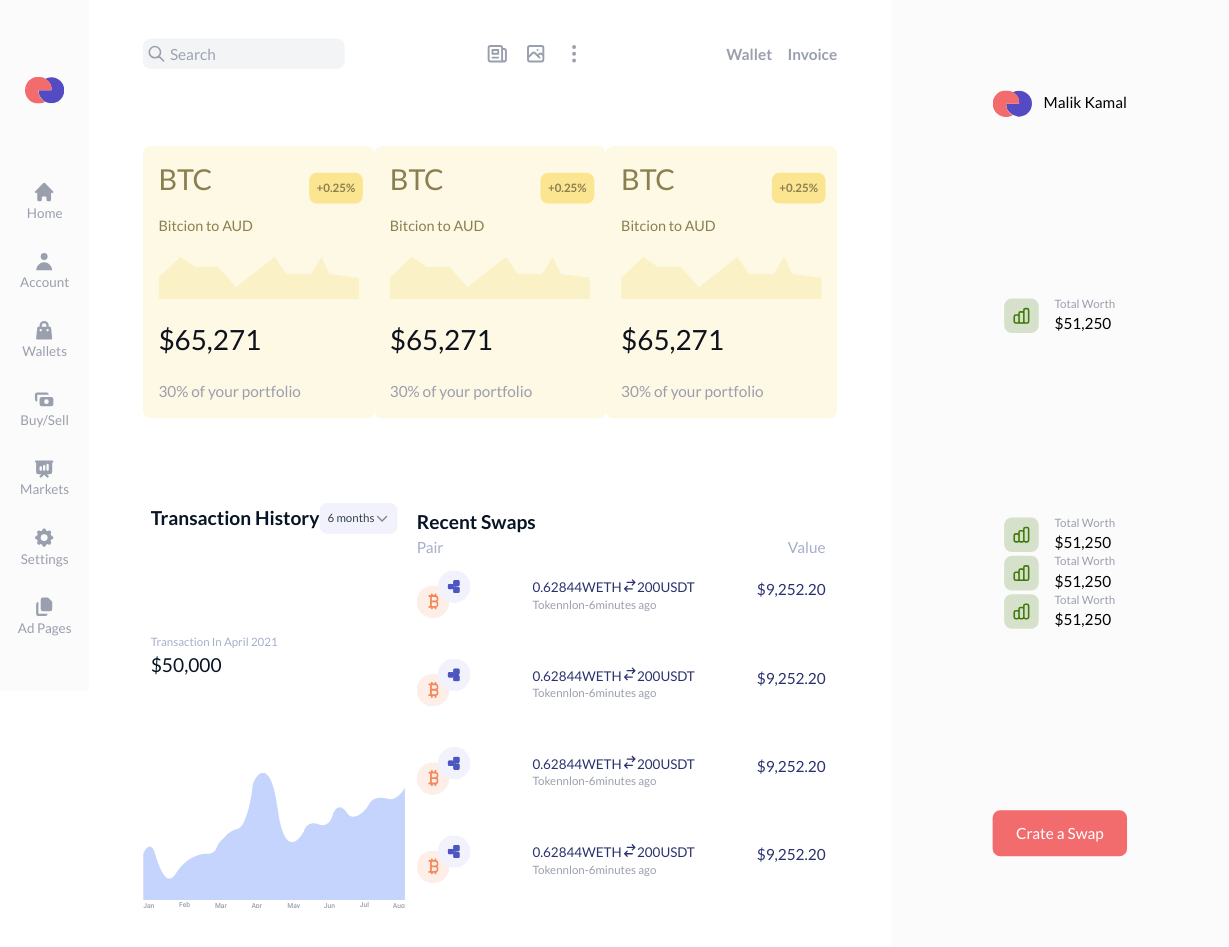
Repository: almaqdad55/crypto-app-nextjs
Page: /
The author's editor kept a copy of each file at every save. The page is drawn from the files as they stood at one save, then again after a run of saves.
The browser window is 1280 px wide. The pictures show the whole page, at 96% of full size.
The project was rebuilt for these pictures with package versions that can differ from the ones it lists, and the page was loaded fresh each time. The framework's server and built-in components were replaced by stand-ins that run in the browser.

Above is the page before, as saved 2022-01-04 22:38:24.

### pages/index.js
import Head from 'next/head';
import Sidebar from '../components/Sidebar';
import Feed from '../components/Feed';
import Widget from '../components/Widget';

export default function Home() {
  return (
    <div className="">
      <Head>
        <title>Crypto Trade</title>
        <link rel="icon" href="/logo.svg" />
      </Head>

      <main className="flex">
        <Sidebar />
        <Feed />
        <Widget />
      </main>
    </div>
  );
}

### styles/globals.css
@import url('https://fonts.googleapis.com/css2?family=Lato:wght@300;400;700&display=swap');

@tailwind base;
@tailwind components;
@tailwind utilities;

@layer base {
  body {
    @apply bg-white font-Lato;
  }
}

@layer components {
  .icon-group {
    @apply flex flex-col  items-center text-sm cursor-pointer text-[#9A9FAD] hover:text-[#544AC3] transition duration-200;
  }
}

### components/Sidebar.jsx
import {
  HomeIcon,
  UserIcon,
  CashIcon,
  ShoppingBagIcon,
  PresentationChartBarIcon,
  CogIcon,
  DocumentDuplicateIcon,
} from '@heroicons/react/solid';

const Sidebar = () => {
  return (
    <div className="flex flex-col items-center  h-screen w-[142px]  bg-[#fbfbfb] ">
      <div className="mt-20">
        <img src="/logo.svg" alt="" />
      </div>
      <div className="mb-40 mt-20 flex flex-col space-y-7">
        <div className="icon-group group">
          <HomeIcon className="h-6 " />
          <span className="">Home</span>
        </div>
        <div className="icon-group group">
          <UserIcon className="h-6 " />
          <span className="">Account</span>
        </div>
        <div className="icon-group group">
          <ShoppingBagIcon className="h-6 " />
          <span className="">Wallets</span>
        </div>
        <div className="icon-group group ">
          <CashIcon className="h-6 " />
          <span className="">Buy/Sell</span>
        </div>
        <div className="icon-group group">
          <PresentationChartBarIcon className="h-6 " />
          <span className="">Markets</span>
        </div>
        <div className="icon-group group">
          <CogIcon className="h-6 " />
          <span className="">Settings</span>
        </div>
        <div className="icon-group group">
          <DocumentDuplicateIcon className="h-6 " />
          <span className="">Ad Pages</span>
        </div>
      </div>
    </div>
  );
};

export default Sidebar;

### components/Feed.jsx
import {
  DotsVerticalIcon,
  PhotographIcon,
  NewspaperIcon,
  SearchIcon,
} from '@heroicons/react/outline';

import Card from './Card';
import TransactionHistory from './TransactionHistory';
import RecentSwaps from './RecentSwaps';

// import { SearchIcon } from '@heroicons/react/solid';
const Feed = () => {
  return (
    <div className=" flex-grow  bg-white px-14 py-10 space-y-20">
      {/* Top Menu */}
      <div className="flex items-center  justify-between ">
        <div className="flex items-center bg-[#F2F4F5] rounded-lg p-1 space-x-1">
          <SearchIcon className="h-5 text-[#9A9FAD]" />
          <input
            type="text"
            placeholder={`Search`}
            className="outline-none bg-[#F2F4F5]"
          />
        </div>
        <div className="flex space-x-4 text-[#9A9FAD] ">
          <NewspaperIcon className="h-6 " />
          <PhotographIcon className="h-6 " />
          <DotsVerticalIcon className="h-6 " />
        </div>
        <div className="flex text-[16px] font-bold space-x-4 text-[#9A9FAD]  ">
          <p className="">Wallet</p>
          <p className="">Invoice</p>
        </div>
      </div>

      {/* Cards Display */}
      {/* <div className="grid grid-cols-1 sm:grid-cols-2 md:grid-cols-2 xl:grid-cols-3 gap-3 "> */}
      <div className="flex justify-around">
        <Card />
        <Card />
        <Card />
      </div>

      <div className="flex justify-evenly">
        <TransactionHistory />
        <RecentSwaps />
      </div>
    </div>
  );
};

export default Feed;

### components/Widget.jsx
import {
  ChartBarIcon,
  RefreshIcon,
  CurrencyDollarIcon,
  SwitchHorizontalIcon,
  ShieldCheckIcon,
} from '@heroicons/react/outline';
import StatsDisplay from './StatsDisplay';
import Button from './Button';
const Widget = () => {
  return (
    <div className="bg-[#fbfbfb] min-w-[352px] flex flex-col items-center justify-around">
      <div className=" flex justify-center space-x-3">
        <img src="/logo.svg" alt="" className="" />
        <h2>Malik Kamal</h2>
      </div>
      <StatsDisplay />
      <div className="flex flex-col ">
        <StatsDisplay />
        <StatsDisplay />
        <StatsDisplay />
      </div>

      <Button />
    </div>
  );
};

export default Widget;

### components/Card.jsx
const Card = () => {
  return (
    <div className="  flex flex-col justify-between w-[241px] h-[284px] bg-[#FDF9E5] rounded-lg relative text-[#8B7F50] p-4">
      <div className="absolute bg-[#FBE591] text-[#8B7F50] text-xs rounded-lg p-2 font-bold top-7 right-3">
        +0.25%
      </div>
      <h1 className="text-3xl ">BTC</h1>
      <p className="text-[15px]">Bitcion to AUD</p>

      <img src="/bg-btc.svg" alt="" />

      <p className="text-[29px] text-[#0F111D]">$65,271</p>
      <p className="text-[#9D9DAE]">30% of your portfolio</p>
    </div>
  );
};

export default Card;

### components/TransactionHistory.jsx
import DropDownList from './DropDownList';

const TransactionHistory = () => {
  return (
    <div className=" flex flex-col justify-between relative  min-h-[323px]">
      <DropDownList />
      <h1 className="text-[20px] text-[#061423] p-2 font-bold">
        Transaction History
      </h1>
      <div className="p-2">
        <p className="text-xs text-[#A6AEC9]">Transaction In April 2021</p>
        <p className="text-[20px] text-[#061423]"> $50,000</p>
      </div>
      <div className="">
        <img src="/history.svg" alt="" className="" />
        <img src="/months.svg" alt="" className="w-[376px]" />
      </div>
    </div>
  );
};

export default TransactionHistory;

### components/RecentSwaps.jsx
import DropDownList from './DropDownList';
import Swap from './Swap';
const RecentSwaps = () => {
  return (
    <div className=" flex flex-col  relative  min-w-[450px]  p-3 justify-between">
      {/* <DropDownList /> */}
      <h1 className="text-[20px] text-[#061423] font-bold">Recent Swaps</h1>
      <div className="text-[#A6AEC9] flex justify-between ">
        <p>Pair</p>
        <p>Value</p>
      </div>
      <div className="flex flex-col space-y-4">
        <Swap />
        <Swap />
        <Swap />
        <Swap />
      </div>
    </div>
  );
};

export default RecentSwaps;

### components/StatsDisplay.jsx
import {
  ChartBarIcon,
  RefreshIcon,
  CurrencyDollarIcon,
  SwitchHorizontalIcon,
  ShieldCheckIcon,
} from '@heroicons/react/outline';

const StatsDisplay = () => {
  return (
    <div className="flex items-center space-x-4">
      <div className="bg-[#427A0A]/20 p-2 rounded-lg">
        <ChartBarIcon className="h-5 text-[#427A0A]" />
      </div>
      <div>
        <p className="text-[#9A9FAD] text-xs">Total Worth</p>
        <h2 className="text-base">$51,250</h2>
      </div>
    </div>
  );
};

export default StatsDisplay;

### components/Button.jsx
const Button = () => {
  return (
    <button className="bg-[#F26C6D] text-white py-3 px-6 rounded-lg">
      Crate a Swap
    </button>
  );
};

export default Button;

### components/DropDownList.jsx
import { ChevronDownIcon } from '@heroicons/react/outline';

const DropDownList = () => {
  return (
    <div className="flex items-center absolute top-2 right-2 rounded-lg bg-[#F1F2FB] p-2 cursor-pointer">
      <p className="text-xs text-[#35404E]">6 months</p>
      <ChevronDownIcon className="h-4 text-[#7C838F]" />
    </div>
  );
};

export default DropDownList;

### components/Swap.jsx
import { SwitchHorizontalIcon } from '@heroicons/react/outline';

const Swap = () => {
  return (
    <div className=" flex text-[#2A316F] justify-between">
      <div className="relative flex p-6 ">
        <div className="p-1 ">
          <img
            src="/bitcoin-icon.svg"
            alt=""
            className="h-50 absolute top-7 left-0"
          />
          <img
            src="/ripple-icon.svg"
            alt=""
            className="h-50 absolute top-3 right-0"
          />
        </div>
      </div>
      <div className="py-5">
        <div className=" flex  text-sm ">
          <p>0.62844WETH</p>
          <SwitchHorizontalIcon className="h-4" />
          <p>200USDT</p>
        </div>
        <p className="text-xs text-[#9A9FAD]">Tokennlon-6minutes ago</p>
      </div>

      <p className="py-5">$9,252.20</p>
    </div>
  );
};

export default Swap;

### tailwind.config.js
module.exports = {
  content: [
    './pages/**/*.{js,ts,jsx,tsx}',
    './components/**/*.{js,ts,jsx,tsx}',
  ],
  theme: {
    extend: {
      fontFamily: {
        Lato: ['Lato', 'sans-serif'],
      },
    },
  },
  plugins: [],
};

Loaded but not shown: pages/_app.js (common file); pages/api/hello.js (common file)

After the next 2 saves:
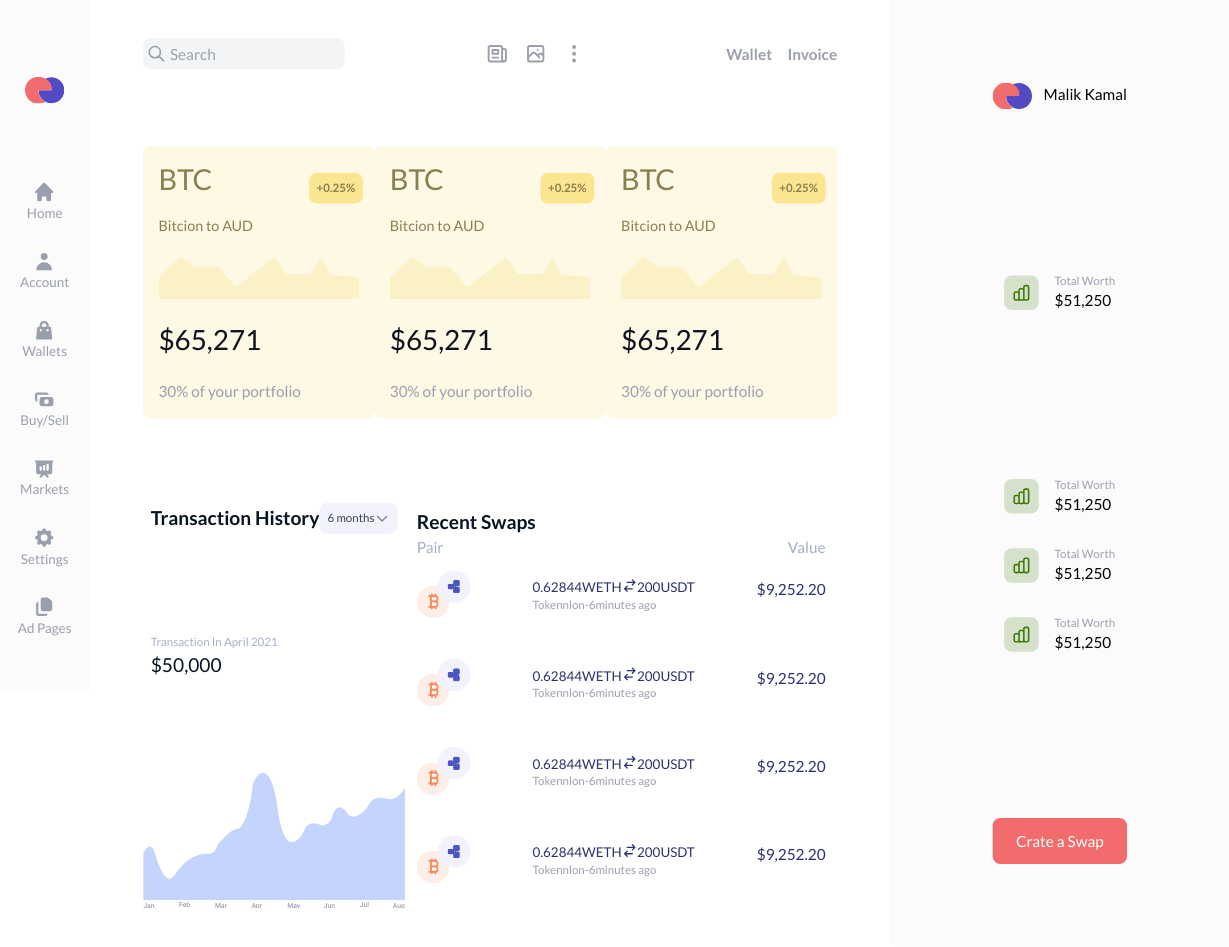
The 2 saves are shown as one change because they came seconds apart.
The last was saved 12 s later.
--- a/components/Widget.jsx
+++ b/components/Widget.jsx
@@ -15,7 +15,7 @@ const Widget = () => {
         <h2>Malik Kamal</h2>
       </div>
       <StatsDisplay />
-      <div className="flex flex-col ">
+      <div className="flex flex-col space-y-8">
         <StatsDisplay />
         <StatsDisplay />
         <StatsDisplay />
